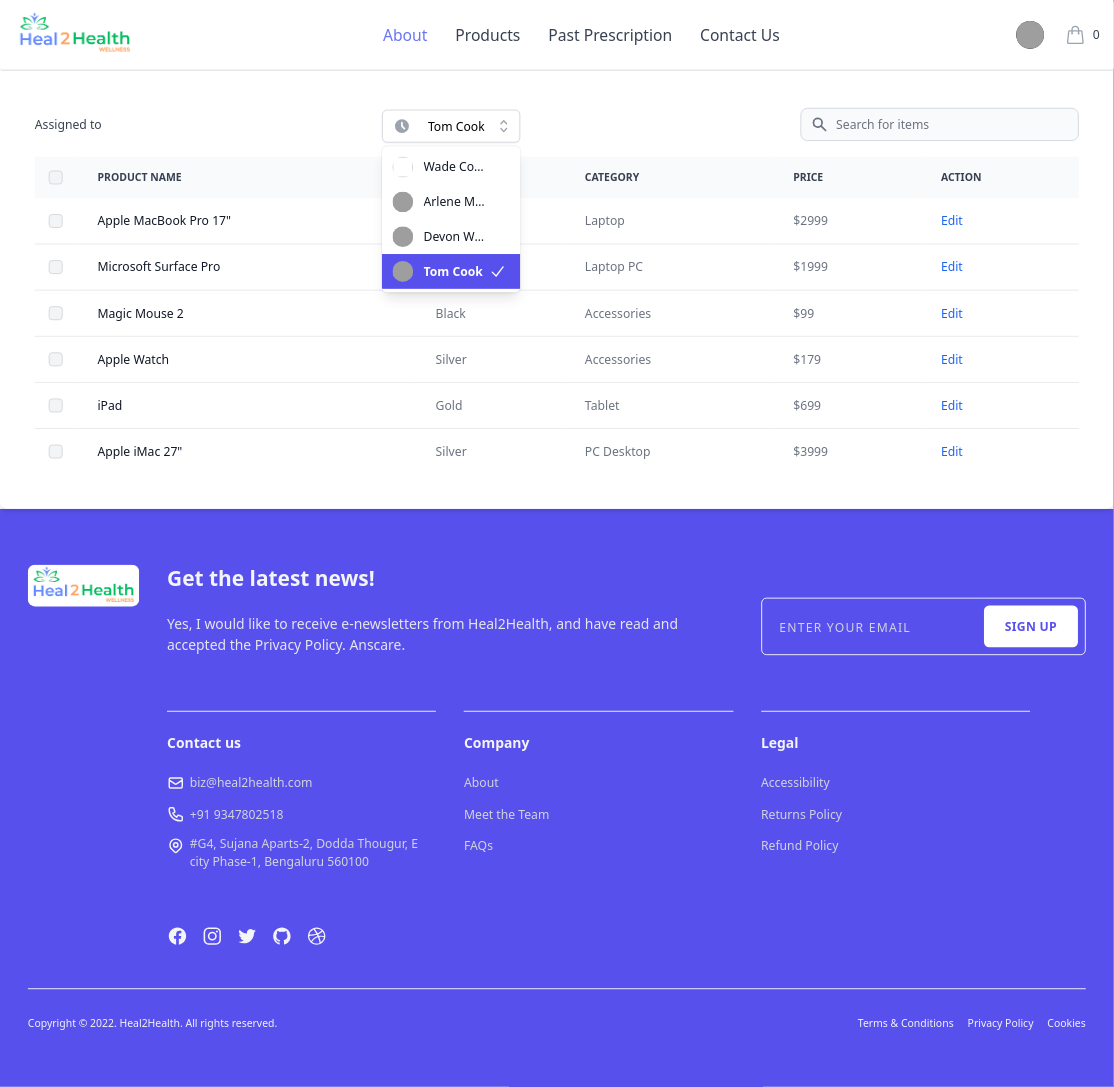
Repository: Akash123-coder/H2H
Page: /PastPrescription (app in Frontend/), after clicking the first element matching `#headlessui-listbox-button-\:r3\:`
An editor plug-in stored every save of this project. The page is shown before and after the next save, followed by the edit.
The browser window is 1280 px wide. The pictures show the whole page, at 87% of full size.
Pictures or frames that could not be fetched are drawn as grey boxes. The project was rebuilt for these pictures with package versions that can differ from the ones it lists, and the page was loaded fresh each time. Also part of the build but not shown: Frontend/vite.config.ts, Frontend/src/pages/About.tsx, Frontend/src/components/Cta.jsx, Frontend/src/pages/Home.jsx, Frontend/src/components/Buttonsm.tsx, Frontend/src/components/Buttonrm.tsx, Frontend/src/components/Product.tsx, Frontend/src/pages/Prescription.jsx and 2 more.

Above is the page before, as saved 2022-09-28 17:08:47.

### Frontend/index.html
<!DOCTYPE html>
<html lang="en">
  <head>
    <meta charset="UTF-8" />
    <link rel="icon" type="image/svg+xml" href="/vite.svg" />
    <meta name="viewport" content="width=device-width, initial-scale=1.0" />
    <title>Heal2Health</title>
  </head>
  <body>
    <div id="root"></div>
    <script type="module" src="/src/main.tsx"></script>
  </body>
</html>

### Frontend/src/main.tsx
import React from 'react'
import ReactDOM from 'react-dom/client'
import App from './App'
import './index.css'
import {BrowserRouter} from 'react-router-dom'

ReactDOM.createRoot(document.getElementById('root') as HTMLElement).render(
  <React.StrictMode>
    <BrowserRouter>
    <App />
    </BrowserRouter>
  </React.StrictMode>
)

### Frontend/src/App.jsx
import { Routes, Route } from "react-router-dom";
import Navbar from "./components/Navbar.jsx";
import { ShoppingCartProvider } from "./context/ShoppingCartContext";
import About from "./pages/About";
import Home from "./pages/Home";
import Prescription from "./pages/Prescription";
import SignUp from "./pages/SignUp";
import Footer from "./components/Footer";
import Login from "./pages/Login";
// import CompanyNameSelect from "./pages/CompanyNameSelect.jsx";
import PastPrescription from "./pages/PastPrescription.jsx";

function App() {
  return (
    <ShoppingCartProvider>
      <Navbar />
      <Routes>
        <Route path="/" element={<Home />} />
        <Route path="/prescription" element={<Prescription />} />
        <Route path="/about" element={<About />} />
        <Route path="/login" element={<Login />} />
        <Route path="/SignUp" element={<SignUp />} />
        <Route path="/PastPrescription" element={<PastPrescription />} />
        {/* <Route path="/SignUp" element={<CompanyNameSelect />} /> */}
      </Routes>
      <Footer />
    </ShoppingCartProvider>
  );
}

export default App;

### Frontend/src/components/Navbar.jsx
// import user from '../assets/user.png'
import { useState } from 'react'
import logo from '../assets/logo.png'
import {NavLink} from 'react-router-dom'
import { ShoppingBagIcon } from "@heroicons/react/24/outline";
import Cart from '../pages/Cart'

function Navbar() {
    const [Active, setActive] = useState(true)

    const showMenu = () =>{
        setActive(!Active)
    }

  return (
    <div>
      <nav className="bg-white border-b-2  px-2 sm:px-4  py-2.5 rounded   dark:bg-gray-900 ">
        <div className="container flex flex-wrap justify-between items-center mx-auto">
          <a href="/" className="flex items-center ">
            <img
              src={logo}
              className="mr-3 h-16 lg:h-14 sm:h-12"
              alt="Flowbite Logo"
            />
          </a>
          <div className="flex items-center md:order-2">
            <NavLink
              to="/login"
              type="button"
              className="flex mr-3 text-sm bg-gray-800 rounded-full md:mr-0 focus:ring-4 focus:ring-gray-300 dark:focus:ring-gray-600"
              id="user-menu-button"
              aria-expanded="false"
              data-dropdown-toggle="user-dropdown"
              data-dropdown-placement="bottom"
            >
              <span className="sr-only">Open user menu</span>
              <img
                className="w-8 h-8 rounded-full"
                src="https://images.pexels.com/photos/614810/pexels-photo-614810.jpeg?auto=compress&cs=tinysrgb&dpr=1&w=500"
                alt="user photo"
              />
            </NavLink>
            <Cart />

            <button
              data-collapse-toggle="mobile-menu-2"
              type="button"
              className="  inlinkne-flex items-center p-2 ml-1 text-sm text-gray-500 rounded-lg md:hidden hover:bg-gray-100 focus:outlinkne-none focus:ring-2 focus:ring-gray-200 dark:text-gray-400 dark:hover:bg-gray-700 dark:focus:ring-gray-600"
              aria-controls="mobile-menu-2"
              aria-expanded="false"
            >
              <span className="sr-only">Open main menu</span>
              <svg
                className="w-6 h-6"
                aria-hidden="true"
                onClick={showMenu}
                fill="currentColor"
                viewBox="0 0 20 20"
                xmlns="http://www.w3.org/2000/svg"
              >
                <path
                  fill-rule="evenodd"
                  d="M3 5a1 1 0 011-1h12a1 1 0 110 2H4a1 1 0 01-1-1zM3 10a1 1 0 011-1h12a1 1 0 110 2H4a1 1 0 01-1-1zM3 15a1 1 0 011-1h12a1 1 0 110 2H4a1 1 0 01-1-1z"
                  clinkp-rule="evenodd"
                ></path>
              </svg>
            </button>
          </div>
          <div
            className={
              !Active
                ? " justify-between items-center w-full md:flex md:w-auto md:order-1 border-b-stone-500"
                : "hidden"
            }
            id="mobile-menu-2"
          >
            <ul className="flex flex-col p-4 mt-4  bg-gray-50 rounded-lg border border-gray-100 md:flex-row md:space-x-8 md:mt-0 md:text-sm md:font-medium md:border-0 md:bg-white dark:bg-gray-800 md:dark:bg-gray-900 dark:border-gray-700">
              <NavLink to="/">
                <a
                  className="block py-2 pr-4 pl-3 text-lg text-white bg-indigo-700 rounded md:bg-transparent md:text-indigo-700 md:p-0 dark:text-white"
                  aria-current="page "
                  onClick={showMenu}
                >
                  About
                </a>
              </NavLink>
              {/* <NavLink to="/about">
                <a
                  className="block py-2 pr-4 pl-3 text-lg text-gray-700 rounded hover:bg-gray-100 md:hover:bg-transparent md:hover:text-indigo-700 md:p-0 dark:text-gray-400 md:dark:hover:text-white dark:hover:bg-gray-700 dark:hover:text-white md:dark:hover:bg-transparent dark:border-gray-700"
                  onClick={showMenu}
                >
                  About
                </a>
              </NavLink> */}

              <NavLink to="/Prescription">
                <a
                  href="#"
                  className="block py-2 pr-4 pl-3 text-lg text-gray-700 rounded hover:bg-gray-100 md:hover:bg-transparent md:hover:text-indigo-700 md:p-0 dark:text-gray-400 md:dark:hover:text-white dark:hover:bg-gray-700 dark:hover:text-white md:dark:hover:bg-transparent dark:border-gray-700"
                  onClick={showMenu}
                >
                  Products
                </a>
              </NavLink>
              <NavLink to="/PastPrescription">
                <a
                  href="#"
                  className="block py-2 pr-4 pl-3 text-lg text-gray-700 rounded hover:bg-gray-100 md:hover:bg-transparent md:hover:text-indigo-700 md:p-0 dark:text-gray-400 md:dark:hover:text-white dark:hover:bg-gray-700 dark:hover:text-white md:dark:hover:bg-transparent dark:border-gray-700"
                  onClick={showMenu}
                  to="/pastprescription"
                >
                  Past Prescription
                </a>
              </NavLink>

              <a
                href="#contact"
                className="block py-2 pr-4 pl-3 text-lg text-gray-700 rounded hover:bg-gray-100 md:hover:bg-transparent md:hover:text-indigo-700 md:p-0 dark:text-gray-400 md:dark:hover:text-white dark:hover:bg-gray-700 dark:hover:text-white md:dark:hover:bg-transparent dark:border-gray-700"
                onClick={showMenu}
              >
                Contact Us
              </a>
            </ul>
          </div>
          <div
            className={
              "hidden justify-between  items-center w-full md:flex md:w-auto md:order-1"
            }
            id="mobile-menu-2"
          >
            <ul className="flex flex-col p-4 mt-4  bg-gray-50 rounded-lg border border-gray-100 md:flex-row md:space-x-8 md:mt-0 md:text-sm md:font-medium md:border-0 md:bg-white dark:bg-gray-800 md:dark:bg-gray-900 dark:border-gray-700">
              <NavLink to="/">
                <a
                  href="#"
                  className="block py-2 pr-4 pl-3 text-lg text-white bg-indigo-700 rounded md:bg-transparent md:text-indigo-500 md:p-0 dark:text-white"
                  aria-current="page"
                >
                  About
                </a>
              </NavLink>
              {/* <NavLink to="/about">
                <a
                  href="#"
                  className="block py-2 pr-4 pl-3 text-gray-700 rounded text-lg hover:bg-gray-100 md:hover:bg-transparent md:hover:text-indigo-700 md:p-0 dark:text-gray-400 md:dark:hover:text-white dark:hover:bg-gray-700 dark:hover:text-white md:dark:hover:bg-transparent dark:border-gray-700"
                >
                  About
                </a>
              </NavLink> */}

              <NavLink to="/prescription">
                <a
                  href="#"
                  className="block py-2 pr-4 pl-3 text-gray-700 rounded text-lg hover:bg-gray-100 md:hover:bg-transparent md:hover:text-indigo-500 md:p-0 dark:text-gray-400 md:dark:hover:text-white dark:hover:bg-gray-700 dark:hover:text-white md:dark:hover:bg-transparent dark:border-gray-700"
                >
                  Products
                </a>
              </NavLink>
              <NavLink to="/PastPrescription">
                <a
                  href="#"
                  className="block py-2 pr-4 pl-3 text-lg text-gray-700 rounded hover:bg-gray-100 md:hover:bg-transparent md:hover:text-indigo-700 md:p-0 dark:text-gray-400 md:dark:hover:text-white dark:hover:bg-gray-700 dark:hover:text-white md:dark:hover:bg-transparent dark:border-gray-700"
                  onClick={showMenu}
                  to="/pastprescription"
                >
                  Past Prescription
                </a>
              </NavLink>
              <a
                href="#contact"
                className="block py-2 pr-4 pl-3 text-gray-700 rounded text-lg hover:bg-gray-100 md:hover:bg-transparent md:hover:text-indigo-500 md:p-0 dark:text-gray-400 md:dark:hover:text-white dark:hover:bg-gray-700 dark:hover:text-white md:dark:hover:bg-transparent dark:border-gray-700"
              >
                Contact Us
              </a>
            </ul>
          </div>
        </div>
      </nav>
    </div>
  );
}

export default Navbar

### Frontend/src/context/ShoppingCartContext.tsx
import {useContext ,useState, createContext ,ReactNode} from 'react'

const ShoppingCartContext = createContext({})

type ShoppingCartProviderProps ={
    children: ReactNode
}
type CartItem = {
    id: number
    quantity:number
}


type ShoppingCartContext ={
    CartQuantity:number
    CartItems:CartItem[]
    getItemQuantity:(id: number) => number
    increaseItemQuantity:(id: number) => void
    decreaseItemQuantity:(id: number) => void
    removeFromCart:(id: number) => void
}

export function useShoppingCart() {
  return ( useContext(ShoppingCartContext)
  )
}

export function ShoppingCartProvider({children}:ShoppingCartProviderProps){
    const [cartItems ,setCartItems] = useState<CartItem>([]);

    const CartQuantity = cartItems.reduce(
        (quantity ,item) => item.quantity + quantity,0
    )

    function getItemQuantity(id : number){
        return cartItems.find( item => item.id === id)?.quantity || 0
    }
    function increaseItemQuantity(id : number){
         setCartItems(currItems =>{
            if(currItems.find(item => item.id === id)==null){
                return [...currItems, {id , quantity : 1}]

            } else {
                return currItems.map(item =>{
                    if(item.id === id ){
                        return {...item ,quantity: item.quantity + 1}
                    }else{
                        return item
                    }
                })
            }
         })
    }
    function decreaseItemQuantity(id: number) {
        setCartItems(currItems => {
          if (currItems.find(item => item.id === id)?.quantity === 1) {
            return currItems.filter(item => item.id !== id)
          } else {
            return currItems.map(item => {
              if (item.id === id) {
                return { ...item, quantity: item.quantity - 1 }
              } else {
                return item
              }
            })
          }
        })
      }
    function removeFromCart(id : number){
        setCartItems(currItems =>{
            return currItems.filter(item =>item.id!==id)
        })
    }
    return (

        <ShoppingCartContext.Provider value = {{getItemQuantity,increaseItemQuantity,decreaseItemQuantity ,removeFromCart,cartItems,CartQuantity}}>
            {children}
        </ShoppingCartContext.Provider>
    )
}

### Frontend/src/components/Select.jsx
/* This example requires Tailwind CSS v2.0+ */
import { Fragment, useState } from "react";
import { Listbox, Transition } from "@headlessui/react";
import { CheckIcon, ChevronUpDownIcon } from "@heroicons/react/20/solid";

const people = [
  {
    id: 1,
    name: "Wade Cooper",

  },
  {
    id: 2,
    name: "Arlene Mccoy",
    avatar:
      "https://images.unsplash.com/photo-1550525811-e5869dd03032?ixlib=rb-1.2.1&auto=format&fit=facearea&facepad=2&w=256&h=256&q=80",
  },
  {
    id: 3,
    name: "Devon Webb",
    avatar:
      "https://images.unsplash.com/photo-1500648767791-00dcc994a43e?ixlib=rb-1.2.1&ixid=eyJhcHBfaWQiOjEyMDd9&auto=format&fit=facearea&facepad=2.25&w=256&h=256&q=80",
  },
  {
    id: 4,
    name: "Tom Cook",
    avatar:
      "https://images.unsplash.com/photo-1472099645785-5658abf4ff4e?ixlib=rb-1.2.1&ixid=eyJhcHBfaWQiOjEyMDd9&auto=format&fit=facearea&facepad=2&w=256&h=256&q=80",
  },
];

function classNames(...classes) {
  return classes.filter(Boolean).join(" ");
}

export default function Select() {
  const [selected, setSelected] = useState(people[3]);

  return (
    <Listbox value={selected} onChange={setSelected}>
      {({ open }) => (
        <>
          <Listbox.Label className="block text-sm font-medium text-gray-700">
            Assigned to
          </Listbox.Label>
          <div className="relative mt-1">
            <Listbox.Button className="relative w-full cursor-default rounded-md border border-gray-300 bg-white py-2 pl-3 pr-10 text-left shadow-sm focus:border-indigo-500 focus:outline-none focus:ring-1 focus:ring-indigo-500 sm:text-sm">
              <span className="flex items-center">
                <svg
                  class="mr-2 w-5 h-5 text-gray-400"
                  aria-hidden="true"
                  fill="currentColor"
                  viewBox="0 0 20 20"
                  xmlns="http://www.w3.org/2000/svg"
                >
                  <path
                    fill-rule="evenodd"
                    d="M10 18a8 8 0 100-16 8 8 0 000 16zm1-12a1 1 0 10-2 0v4a1 1 0 00.293.707l2.828 2.829a1 1 0 101.415-1.415L11 9.586V6z"
                    clip-rule="evenodd"
                  ></path>
                </svg>
                <span className="ml-3 block truncate">{selected.name}</span>
              </span>
              <span className="pointer-events-none absolute inset-y-0 right-0 ml-3 flex items-center pr-2">
                <ChevronUpDownIcon
                  className="h-5 w-5 text-gray-400"
                  aria-hidden="true"
                />
              </span>
            </Listbox.Button>

            <Transition
              show={open}
              as={Fragment}
              leave="transition ease-in duration-100"
              leaveFrom="opacity-100"
              leaveTo="opacity-0"
            >
              <Listbox.Options className="absolute z-10 mt-1 max-h-56 w-full overflow-auto rounded-md bg-white py-1 text-base shadow-lg ring-1 ring-black ring-opacity-5 focus:outline-none sm:text-sm">
                {people.map((person) => (
                  <Listbox.Option
                    key={person.id}
                    className={({ active }) =>
                      classNames(
                        active ? "text-white bg-indigo-600" : "text-gray-900",
                        "relative cursor-default select-none py-2 pl-3 pr-9"
                      )
                    }
                    value={person}
                  >
                    {({ selected, active }) => (
                      <>
                        <div className="flex items-center">
                          <img
                            src={person.avatar}
                            alt=""
                            className="h-6 w-6 flex-shrink-0 rounded-full"
                          />
                          <span
                            className={classNames(
                              selected ? "font-semibold" : "font-normal",
                              "ml-3 block truncate"
                            )}
                          >
                            {person.name}
                          </span>
                        </div>

                        {selected ? (
                          <span
                            className={classNames(
                              active ? "text-white" : "text-indigo-600",
                              "absolute inset-y-0 right-0 flex items-center pr-4"
                            )}
                          >
                            <CheckIcon className="h-5 w-5" aria-hidden="true" />
                          </span>
                        ) : null}
                      </>
                    )}
                  </Listbox.Option>
                ))}
              </Listbox.Options>
            </Transition>
          </div>
        </>
      )}
    </Listbox>
  );
}

### Frontend/tailwind.config.cjs
/** @type {import('tailwindcss').Config} */
module.exports = {
  content: [
    "./src/**/*.{js,jsx,ts,tsx}",
    "node_modules/flowbite-react/**/*.{js,jsx,ts,tsx}",
  ],
  theme: {
    extend: {},
  },
  plugins: [require("flowbite/plugin"), require("@tailwindcss/forms")],
};

Loaded but not shown: Frontend/src/index.css (common file); Frontend/src/components/Footer.jsx (300 lines, source omitted); Frontend/src/pages/PastPrescription.jsx (263 lines, source omitted); Frontend/src/pages/Cart.jsx (227 lines, source omitted)

After the next save:
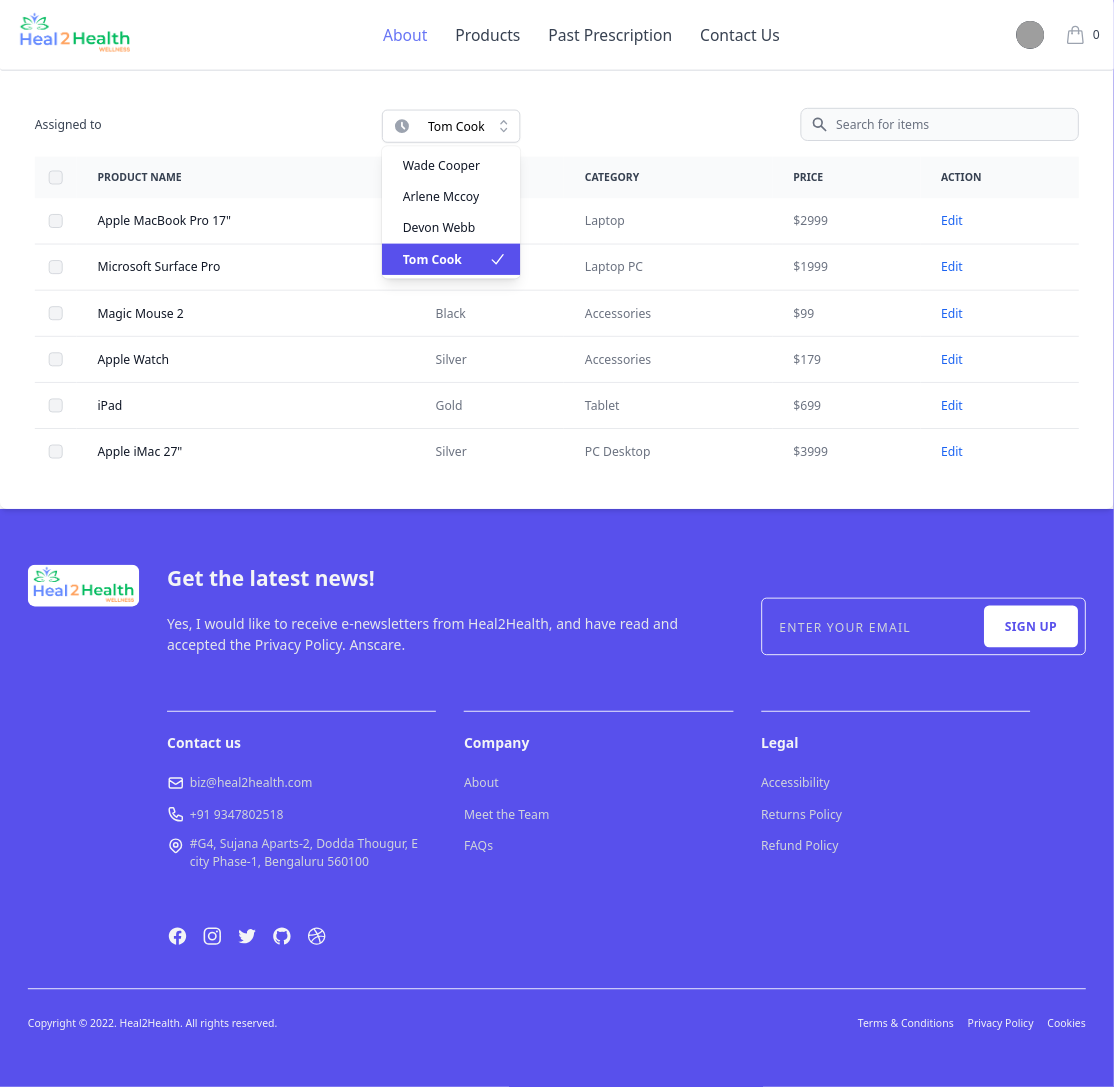
Saved 50 s later.
--- a/Frontend/src/components/Select.jsx
+++ b/Frontend/src/components/Select.jsx
@@ -91,11 +91,7 @@ export default function Select() {
                     {({ selected, active }) => (
                       <>
                         <div className="flex items-center">
-                          <img
-                            src={person.avatar}
-                            alt=""
-                            className="h-6 w-6 flex-shrink-0 rounded-full"
-                          />
+
                           <span
                             className={classNames(
                               selected ? "font-semibold" : "font-normal",
